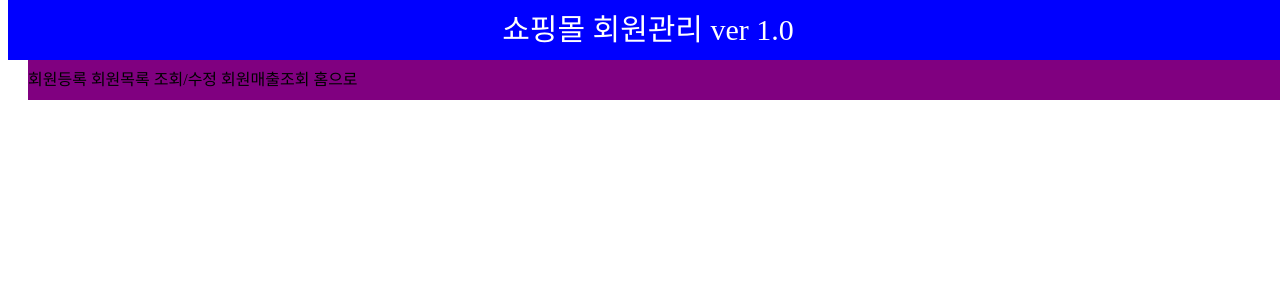
Repository: haileylee94/mini-project
Page: http://localhost/hrd/
An editor plug-in stored every save of this project. The page is shown before and after the next save, followed by the edit.
The browser window is 1280 px wide. The pictures show the whole page.
The page is served by Tomcat 9. Other server files are loaded and not shown.

Above is the page before, as saved 2022-11-17 09:19:33.

### hrd/WebContent/index.jsp
<%@ page language="java" contentType="text/html; charset=UTF-8"
    pageEncoding="UTF-8"%>
<!DOCTYPE html>
<html>
<head>
<meta charset="UTF-8">
<title>index</title>
<style type="text/css">
	header{
		position:fixed;
		top:0px;
		width:100%;
		height: 60px;
		background-color: blue;
		color: white;
		text-align: center;
		line-height: 60px;
		font-size: 30px;
	}
	nav{
		position: fixed;
		top: 60px;
		width: 100%;
		height: 40px;
		background-color: purple;
		line-height: 40px;
		margin-left: 20px;
	}
</style>
</head>
<body>
	<header>
		쇼핑몰 회원관리 ver 1.0
	</header>
	<nav>
		회원등록	회원목록 조회/수정	회원매출조회	홈으로
	</nav>
</body>
</html>

After the next save:
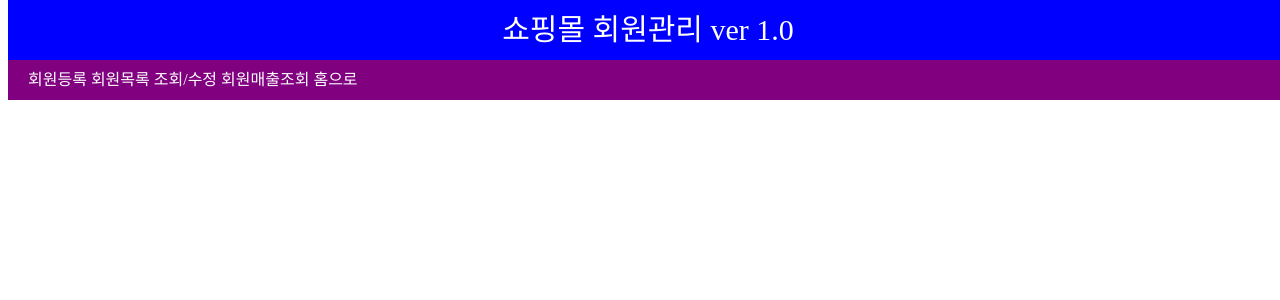
Saved 19 s later.
--- a/hrd/WebContent/index.jsp
+++ b/hrd/WebContent/index.jsp
@@ -24,7 +24,8 @@
 		height: 40px;
 		background-color: purple;
 		line-height: 40px;
-		margin-left: 20px;
+		padding-left: 20px;
+		color: #fff;
 	}
 </style>
 </head>
